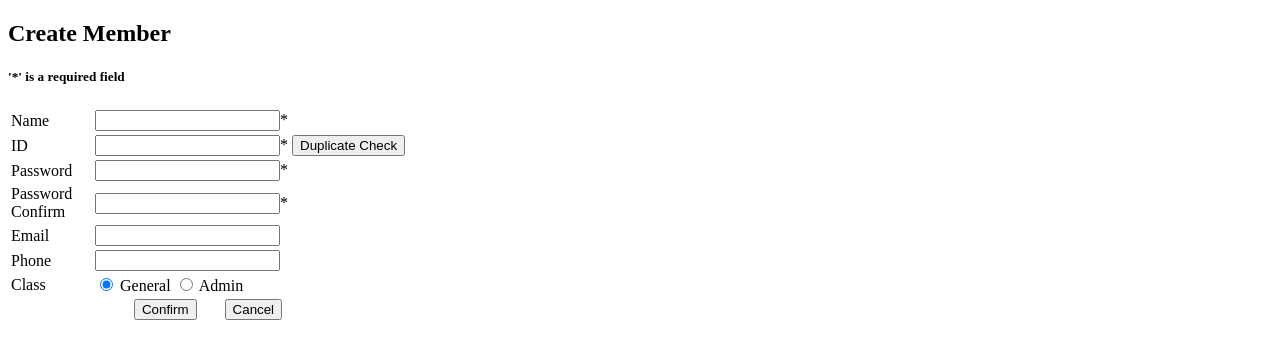
Repository: uhhuhhmm/JSP-Servlet-Class
Page: http://localhost/web05/join.do
The author's editor kept a copy of each file at every save. The page is drawn from the files as they stood at one save, then again after the next save.
The browser window is 1280 px wide. The pictures show the whole page.
The page is served by Tomcat 9. Other server files are loaded and not shown.

Above is the page before, as saved 2022-07-20 01:09:43.

### web05/WebContent/member/join.jsp
<%@ page language="java" contentType="text/html; charset=UTF-8"
    pageEncoding="UTF-8"%>
<!DOCTYPE html>
<html>
<head>
<meta charset="UTF-8">
<title>Membership Management</title>
<script type="text/javascript" src="script/member.js"></script>
</head>
<body>
	<h2>Create Member</h2>
	<h5>'*' is a required field</h5>
	<form action="join.do" method="post" name="frm">
		<table>
			<tr>
				<td> Name </td>
				<td> <input type="text" name="name" size="20">*</td>
			</tr>
			<tr>
				<td> ID </td>
				<td>
					<input type="text" name="name" size="20" id="userid">*
					<input type="hidden" name="reid" size="20">
					<input type="button" value="Duplicate Check" onclick="idCheck()">
				</td>
			</tr>
			<tr>
				<td> Password </td>
				<td> <input type="password" name="pwd" size="20">*</td>
			</tr>
			<tr height="30">
				<td width="80">Password Confirm</td>
				<td> <input type="password" name="pwd_check" size="20">*</td>
			</tr>
			<tr>
				<td> Email </td>
				<td> <input type="text" name="email" size="20"></td>
			</tr>
			<tr>
				<td> Phone </td>
				<td> <input type="text" name="phone" size="20"></td>
			</tr>
			<tr>
				<td> Class </td>
				<td>
					<input type="radio" name="admin" value="0" checked="checked"> General
					<input type="radio" name="admin" value="1"> Admin
				</td>
			</tr>
			<tr>
				<td colspan="2" align="center">
					<input type="submit" value="Confirm" onclick="return joincheck()">
						&nbsp;&nbsp;&nbsp;&nbsp;&nbsp;
					<input type="reset" value="Cancel">
				</td>
			</tr>
			<tr><td colspan="2">${message }</td></tr>
		</table>
	</form>
</body>
</html>

### web05/src/com/j/controller/JoinServlet.java
package com.j.controller;

import java.io.IOException;

import javax.servlet.RequestDispatcher;
import javax.servlet.ServletException;
import javax.servlet.annotation.WebServlet;
import javax.servlet.http.HttpServlet;
import javax.servlet.http.HttpServletRequest;
import javax.servlet.http.HttpServletResponse;
import javax.servlet.http.HttpSession;

@WebServlet("/join.do")
public class JoinServlet extends HttpServlet {
	private static final long serialVersionUID = 1L;

    public JoinServlet() {
        super();
    }

	protected void doGet(HttpServletRequest request, HttpServletResponse response) throws ServletException, IOException {
		RequestDispatcher dispatcher = request.getRequestDispatcher("member/join.jsp");
		dispatcher.forward(request, response);
	}

	protected void doPost(HttpServletRequest request, HttpServletResponse response) throws ServletException, IOException {
	}

}

### web05/WebContent/script/member.js
function loginCheck(){
	if(document.frm.userid.value.length == 0){
		alert("Please enter your ID");
		frm.userid.focus();
		return false;
	}
	if (document.frm.pwd.value == ""){
		alert("You MUST enter your PWD");
		frm.pwd.focus();
		return false;
	}
	return true;
}

function idCheck(){
	if(document.frm.userid.value == ""){
		alert('Please enter your ID');
		document.frm.userid.focus();
		return;
	}
	var url = "idCheck.do?userid=" + document.frm.userid.value;
	window.open(url, "_black_1",
			"toolbar=no, menubar=no, scrollbars=yes,"
			+"resizable=no, width=450, height=200");
}

After the next save:
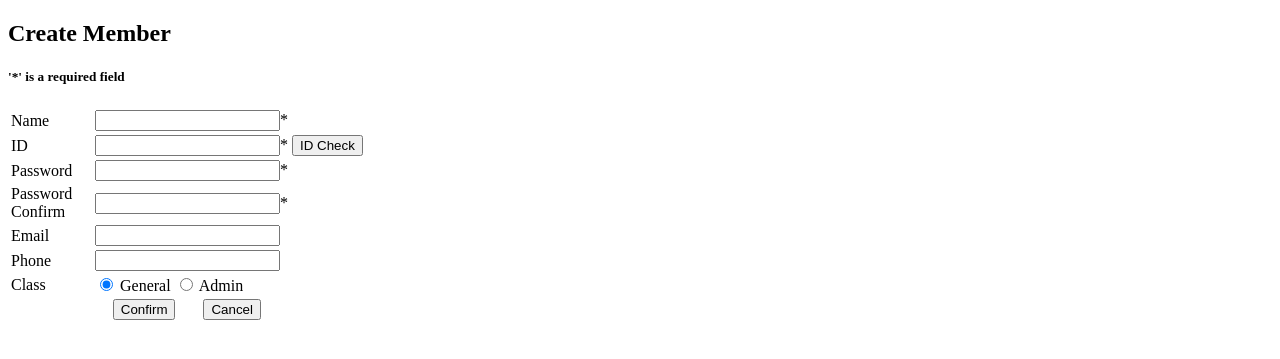
Saved 12 s later.
--- a/web05/WebContent/member/join.jsp
+++ b/web05/WebContent/member/join.jsp
@@ -21,7 +21,7 @@
 				<td>
 					<input type="text" name="name" size="20" id="userid">*
 					<input type="hidden" name="reid" size="20">
-					<input type="button" value="Duplicate Check" onclick="idCheck()">
+					<input type="button" value="ID Check" onclick="idCheck()">
 				</td>
 			</tr>
 			<tr>
